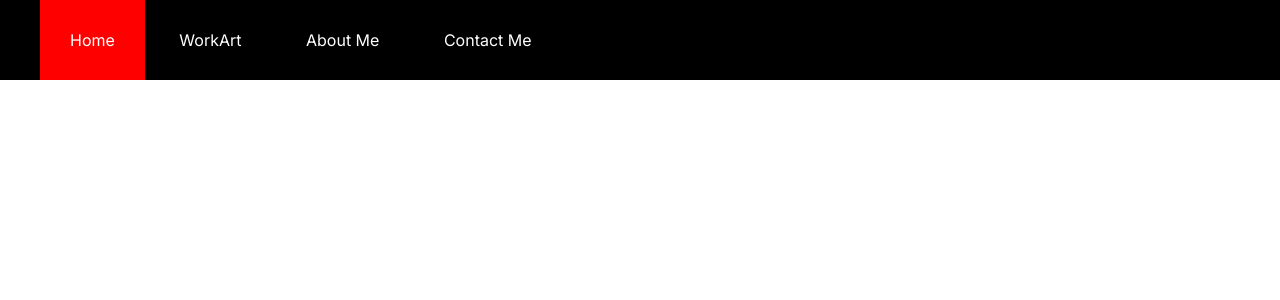
Repository: sius012/DiWorkbench
Page: index.html
These files come from the project's save history. The page is drawn as it stood at one moment and after a run of saves; the edit follows.
The browser window is 1280 px wide. The pictures show the whole page.
The pointer rests on the first visible `.link-nav`.

Above is the page before, as saved 2023-04-06 20:16:21.

After the next 2 saves:
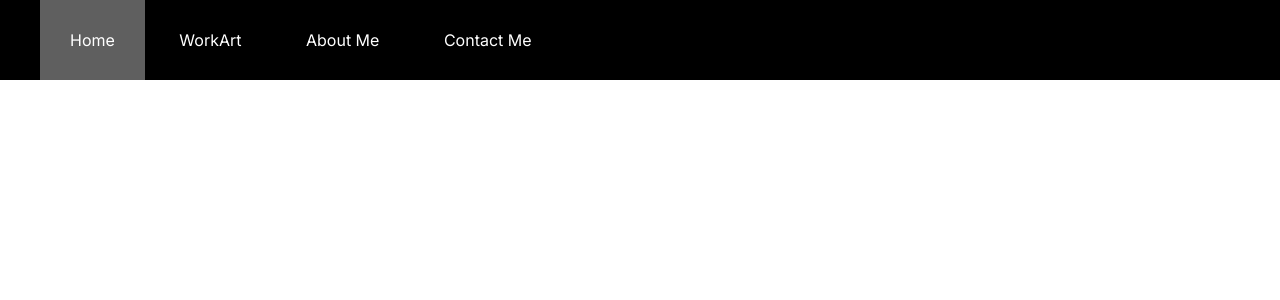
The 2 saves are shown as one change because they came seconds apart.
The last was saved 12 s later.
--- a/index.html
+++ b/index.html
@@ -30,7 +30,7 @@
       }
 
       .link-nav:hover{
-        background-color: red;
+        background-color: rgba(185, 185, 185, 0.514);
       }
 
     </style>
